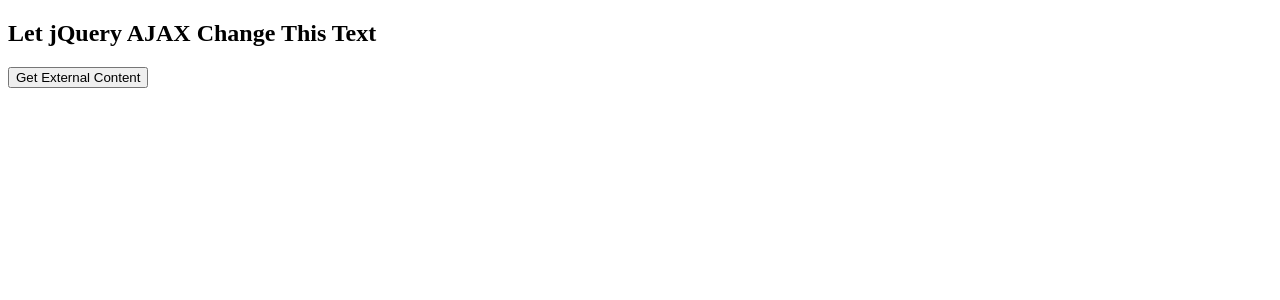
Repository: sudheerj/jQuery
Page: jQueryExamples/chapter07/Get.html
These files come from the project's save history. The page is drawn as it stood at one moment and after the next save; the edit follows.
The browser window is 1280 px wide. The pictures show the whole page.

Above is the page before, as saved 2016-10-22 10:10:33.

### jQueryExamples/chapter07/Get.html
<!DOCTYPE html>
<html>
	<head>
		<title>jQuery form selector example</title>
		<script type="text/javascript" src="..\jquery\jquery-3.1.1.min.js"></script>
		<script>
		  //$(selector).load(URL,data,callback);
			$(document).ready(function() {
				$("button").click(function() {
					$("#div1").load("http://www.w3schools.com/jquery/demo_test.txt");
				});
			});
		</script>
	</head>
	<body>

		<div id="div1">
			<h2>Let jQuery AJAX Change This Text</h2>
		</div>

		<button>
			Get External Content
		</button>
	</body>
</html>

Loaded but not shown: jQueryExamples/jquery/jquery-3.1.1.min.js (library)

After the next save:
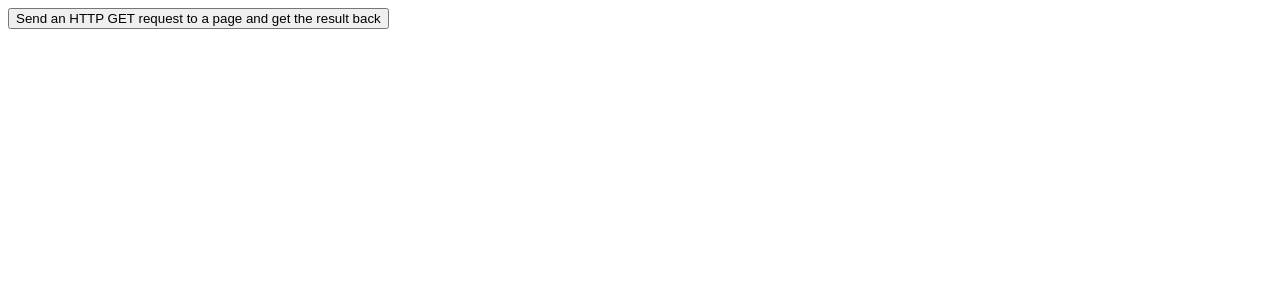
Saved 2 min 38 s later.
--- a/jQueryExamples/chapter07/Get.html
+++ b/jQueryExamples/chapter07/Get.html
@@ -4,22 +4,18 @@
 		<title>jQuery form selector example</title>
 		<script type="text/javascript" src="..\jquery\jquery-3.1.1.min.js"></script>
 		<script>
-		  //$(selector).load(URL,data,callback);
-			$(document).ready(function() {
-				$("button").click(function() {
-					$("#div1").load("http://www.w3schools.com/jquery/demo_test.txt");
-				});
-			});
-		</script>
-	</head>
-	<body>
+$(document).ready(function(){
+    $("button").click(function(){
+        $.get("demo_test.asp", function(data, status){
+            alert("Data: " + data + "\nStatus: " + status);
+        });
+    });
+});
+</script>
+</head>
+<body>
 
-		<div id="div1">
-			<h2>Let jQuery AJAX Change This Text</h2>
-		</div>
+<button>Send an HTTP GET request to a page and get the result back</button>
 
-		<button>
-			Get External Content
-		</button>
 	</body>
 </html>
